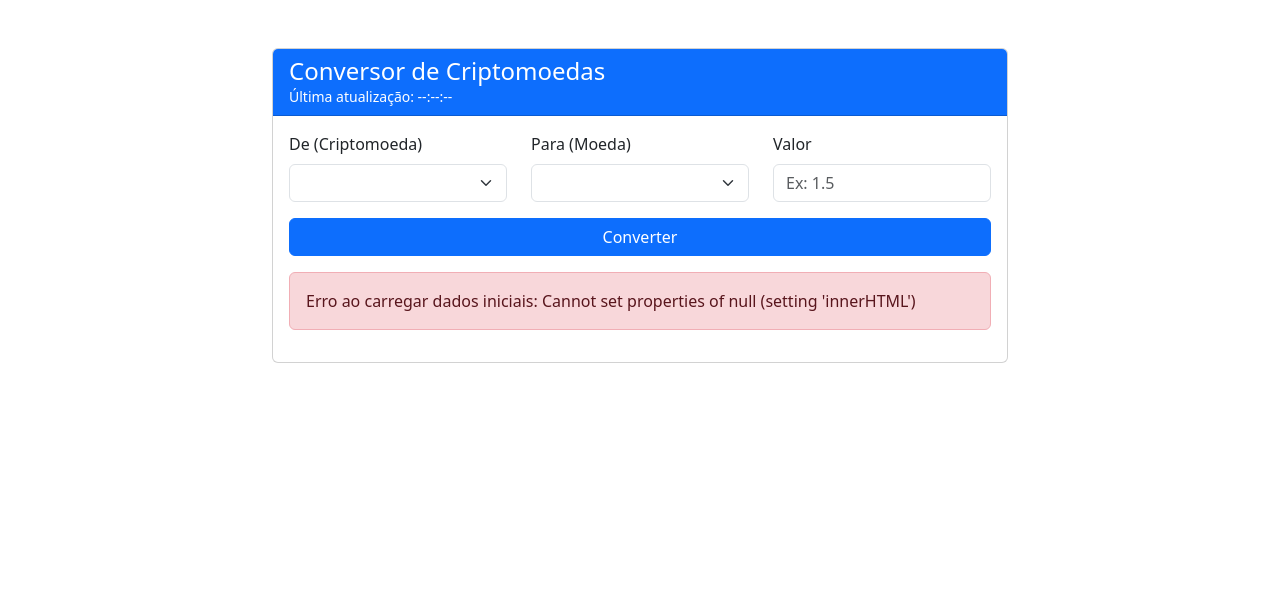
Repository: victorvilanova/crypto-convert-system
Page: index.html
These files come from the project's save history. The page is drawn as it stood at one moment and after the next save; the edit follows.
The browser window is 1280 px wide. The pictures show the whole page.
The page's requests for data from a server got no answer.

Above is the page before, as saved 2025-04-10 18:45:24.

After the next save:
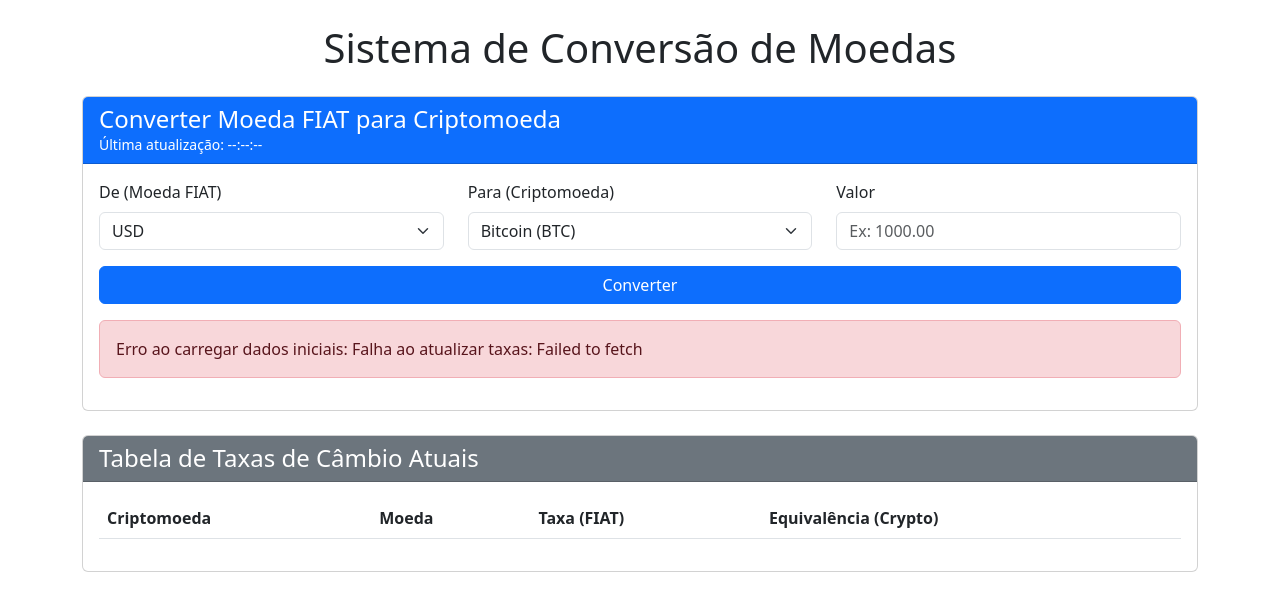
Saved 32 s later.
--- a/index.html
+++ b/index.html
@@ -3,7 +3,7 @@
   <head>
     <meta charset="UTF-8" />
     <meta name="viewport" content="width=device-width, initial-scale=1.0" />
-    <title>Crypto Convert System</title>
+    <title>Sistema de Conversão FIAT para Criptomoedas</title>
     <link
       href="https://cdn.jsdelivr.net/npm/bootstrap@5.3.0/dist/css/bootstrap.min.css"
       rel="stylesheet"
@@ -11,12 +11,13 @@
     <link rel="stylesheet" href="assets/css/style.css" />
   </head>
   <body>
-    <div class="container mt-5">
-      <div class="row justify-content-center">
-        <div class="col-md-8">
-          <div class="card">
+    <div class="container mt-4">
+      <div class="row">
+        <div class="col-md-12">
+          <h1 class="text-center mb-4">Sistema de Conversão de Moedas</h1>
+          <div class="card mb-4">
             <div class="card-header bg-primary text-white">
-              <h1 class="h4 mb-0">Conversor de Criptomoedas</h1>
+              <h2 class="h4 mb-0">Converter Moeda FIAT para Criptomoeda</h2>
               <div class="small">
                 Última atualização: <span id="lastUpdate">--:--:--</span>
               </div>
@@ -25,18 +26,18 @@
               <form id="converterForm">
                 <div class="row mb-3">
                   <div class="col-md-4">
-                    <label for="fromCrypto" class="form-label"
-                      >De (Criptomoeda)</label
+                    <label for="fromCurrency" class="form-label"
+                      >De (Moeda FIAT)</label
                     >
-                    <select id="fromCrypto" class="form-select" required>
+                    <select id="fromCurrency" class="form-select" required>
                       <!-- Opções serão preenchidas pelo JavaScript -->
                     </select>
                   </div>
                   <div class="col-md-4">
-                    <label for="toCurrency" class="form-label"
-                      >Para (Moeda)</label
+                    <label for="toCrypto" class="form-label"
+                      >Para (Criptomoeda)</label
                     >
-                    <select id="toCurrency" class="form-select" required>
+                    <select id="toCrypto" class="form-select" required>
                       <!-- Opções serão preenchidas pelo JavaScript -->
                     </select>
                   </div>
@@ -49,7 +50,7 @@
                       step="0.01"
                       min="0.01"
                       required
-                      placeholder="Ex: 1.5"
+                      placeholder="Ex: 1000.00"
                     />
                   </div>
                 </div>
@@ -76,6 +77,30 @@
               </div>
             </div>
           </div>
+
+          <!-- Tabela de Taxas de Câmbio -->
+          <div class="card">
+            <div class="card-header bg-secondary text-white">
+              <h2 class="h4 mb-0">Tabela de Taxas de Câmbio Atuais</h2>
+            </div>
+            <div class="card-body">
+              <div class="table-responsive">
+                <table class="table table-striped table-hover">
+                  <thead>
+                    <tr>
+                      <th>Criptomoeda</th>
+                      <th>Moeda</th>
+                      <th>Taxa (FIAT)</th>
+                      <th>Equivalência (Crypto)</th>
+                    </tr>
+                  </thead>
+                  <tbody id="ratesTableBody">
+                    <!-- Taxas serão preenchidas pelo JavaScript -->
+                  </tbody>
+                </table>
+              </div>
+            </div>
+          </div>
         </div>
       </div>
     </div>
